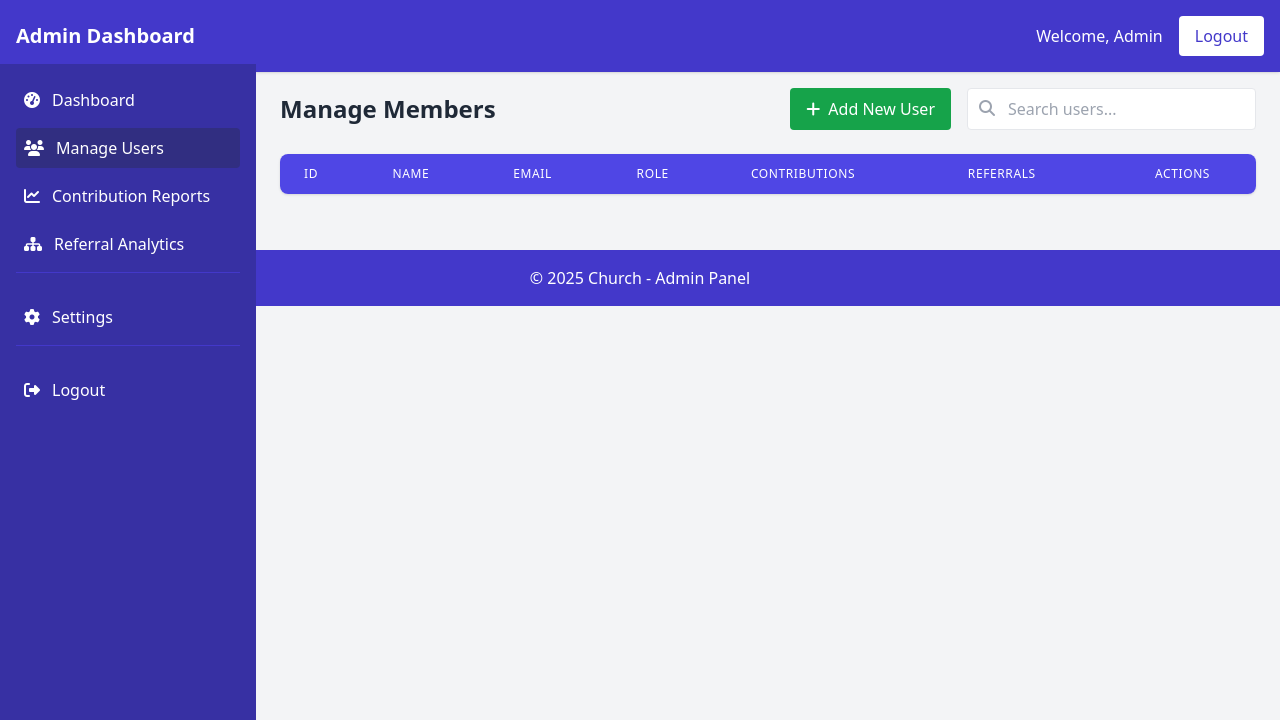
Repository: Lista-KM/church-platform
Page: http://localhost/admin/manage_users.php
An editor plug-in stored every save of this project. The page is shown before and after the next save, followed by the edit.
The browser window is 1280 px wide. The pictures show the whole page.
Some web libraries are served in a nearby version. The page is run by PHP 8.4 with error messages shown; the project is at /var/www/html/. The session is filled in as if someone had signed in: {"user_id": 1, "is_admin": 1}. Queries for data that is not in the repository find no rows.

Above is the page before, as saved 2025-04-16 07:55:32.

After the next save:
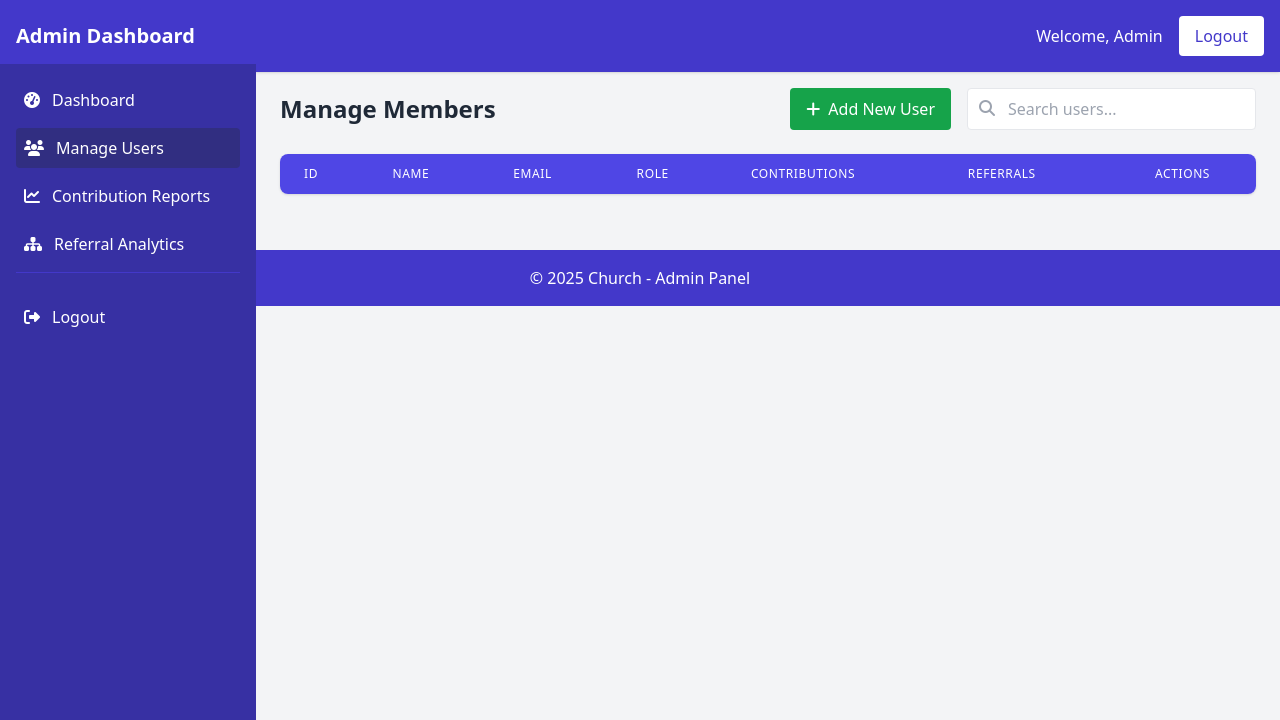
Saved 22 s later.
--- a/admin/manage_users.php
+++ b/admin/manage_users.php
@@ -145,12 +145,12 @@ $users = $stmt->fetchAll();
                                 <span>Referral Analytics</span>
                             </a>
                         </li>
-                        <li class="pt-6 border-t border-indigo-700 mt-6">
+                        <!--  <li class="pt-6 border-t border-indigo-700 mt-6">
                             <a href="settings.php" class="flex items-center p-2 rounded hover:bg-indigo-900">
                                 <i class="fas fa-cog mr-3"></i>
                                 <span>Settings</span>
                             </a>
-                        </li>
+                        </li> -->
                         <li class="pt-6 border-t border-indigo-700 mt-6">
                             <a href="../logout.php" class="flex items-center p-2 rounded hover:bg-indigo-900">
                                 <i class="fas fa-sign-out-alt mr-3"></i>
